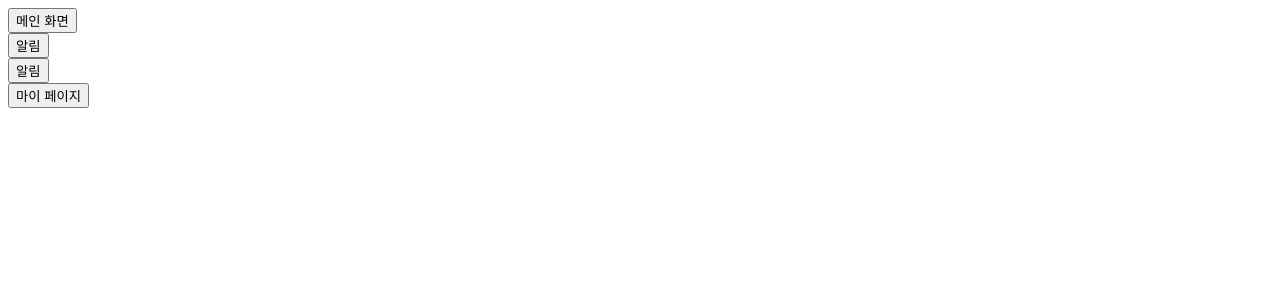
Repository: MeGuuuun/-_TableJava
Page: http://localhost/kimbanbagi/userNotification.jsp
The author's editor kept a copy of each file at every save. The page is drawn from the files as they stood at one save, then again after the next save.
The browser window is 1280 px wide. The pictures show the whole page.
The page is served by Tomcat 10. Nobody is signed in. The application's start-up code is not run. Other server files are loaded and not shown.

Above is the page before, as saved 2024-06-17 01:51:04.

### tableJava/kimbanbagi/WebContent/userNotification.jsp
<%@ page language="java" contentType="text/html; charset=UTF-8"
    pageEncoding="UTF-8"%>
<%@ taglib prefix="c" uri="http://java.sun.com/jsp/jstl/core" %>
<!DOCTYPE html>
<html>
<head>
<meta charset="UTF-8">
<title>사용자 알림 화면</title>
</head>
<body>
	<div id="container">
		<div class="nav">
            <form method="POST" action="userMain">
            	<input type="hidden" name="userId" value="${userId }">
            	<button type="submit">메인 화면</button>
            </form>
            <form method="post" action="UserBookList">
            	<input type="hidden" name="userId" value="${userId }">
            	<button type="submit" name="action" value="bookList">알림</button>
            </form>
            <button onclick="location.reload()">알림</button>
            <form method="POST" action="MyPage">
            	<input type="hidden" name="userId" value="${userId }">
            	<button type="submit" name="action" value="getUserInfo">마이 페이지</button>
            </form>
    	</div>
    	<div>
			<c:forEach items="${notification }" var="notification">
				<div>
					${notification.rName } <br>
					${notification.comments }
				</div>
			</c:forEach>
		</div>
	</div>
</body>
</html>

After the next save:
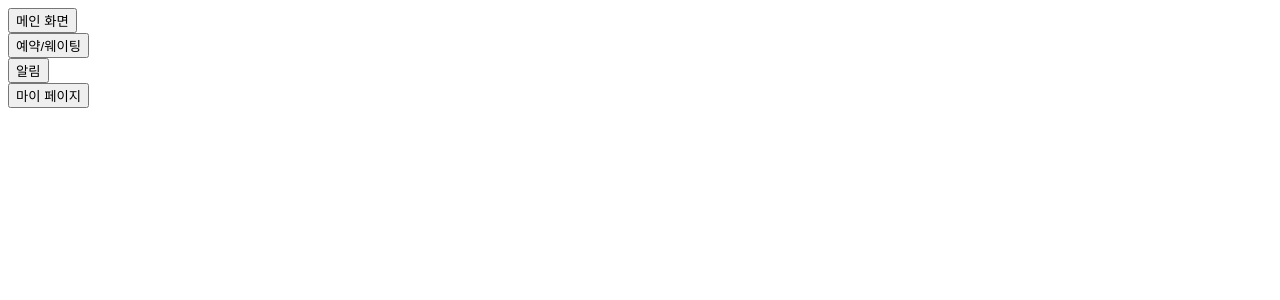
Saved 4 min 36 s later.
--- a/tableJava/kimbanbagi/WebContent/userNotification.jsp
+++ b/tableJava/kimbanbagi/WebContent/userNotification.jsp
@@ -16,7 +16,7 @@
             </form>
             <form method="post" action="UserBookList">
             	<input type="hidden" name="userId" value="${userId }">
-            	<button type="submit" name="action" value="bookList">알림</button>
+            	<button type="submit" name="action" value="bookList">예약/웨이팅</button>
             </form>
             <button onclick="location.reload()">알림</button>
             <form method="POST" action="MyPage">
